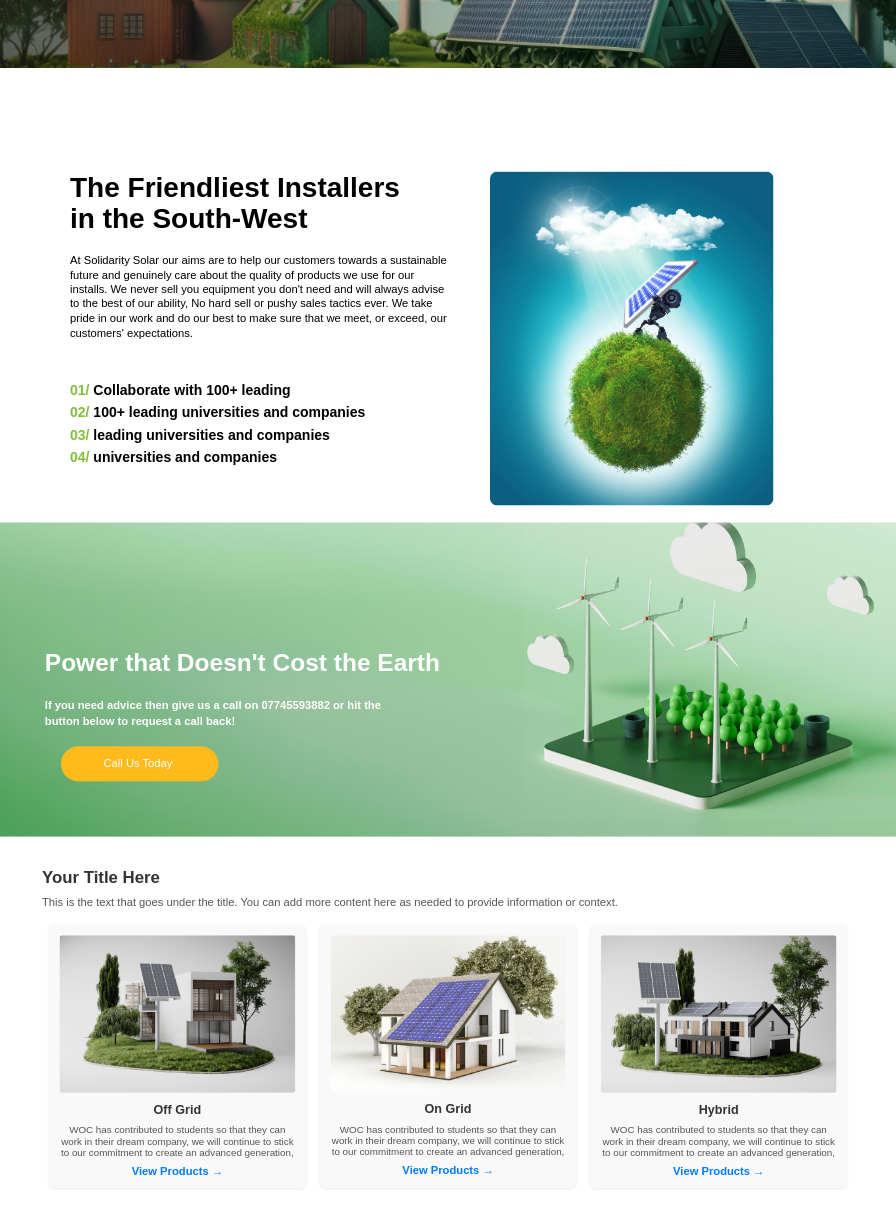
Repository: MaramNabil872/Landing-Page
Page: landingPage.html
An editor plug-in stored every save of this project. The page is shown before and after the next save, followed by the edit.
The browser window is 1280 px wide. The pictures show the part of the page from y = 683 to 2603 px (the page is 2420 px tall before and 2603 px after), at 70% of full size.

Above is the page before, as saved 2024-10-20 22:01:09.

### landingPage.html
<!DOCTYPE html>
<html lang="en">
    <head>
        <meta charset="UTF-8" />
        <meta name="viewport" content="width=device-width, initial-scale=1.0" />
        <title>Landing Page</title>
        <link rel="stylesheet" href="landingPage.css" />
    </head>
    <body>
        <nav class="navbar">
            <div class="logo">MyLogo</div>

            <ul class="nav-links">
                <li><a href="#home">Home</a></li>
                <li><a href="#about">About</a></li>
                <li><a href="#services">Services</a></li>
                <li><a href="#contact">Contact</a></li>
            </ul>
            <div class="call">
                <p>call us</p>
                <h3>+2 01017345</h3>
            </div>
        </nav>

        <div class="image-container">
            <img
                src="images/solar-panels-meadow 1.png"
                alt="Background Image"
                class="background-image"
            />
            <div class="main-text">
                <h2 class="text-wallpaper">
                    Solar Panel Installers <br />
                    In Plymouth
                </h2>
                <br />
                <p class="text-paragraph">
                    Fueled is an award-winning technology consultancy that
                    transforms <br />
                    businesses by generating ideas, building products, and
                    accelerating<br />
                    growth.
                </p>
                <div class="button-container">
                    <button class="button-wallpaper1">Call Us Today</button>
                    <button class="button-wallpaper2">
                        Requst a call back
                    </button>
                </div>
            </div>
        </div>

        <!-- first container -->

        <div class="container1">
            <div class="text-container1">
                <p class="title-container1">
                    The Friendliest Installers <br />in the South-West
                </p>
                <p class="paragraph-container1">
                    At Solidarity Solar our aims are to help our customers
                    towards a sustainable future and genuinely care about the
                    quality of products we use for our installs. We never sell
                    you equipment you don't need and will always advise to the
                    best of our ability, No hard sell or pushy sales tactics
                    ever. We take pride in our work and do our best to make sure
                    that we meet, or exceed, our customers' expectations.
                </p>
                <div class="last-container1">
                    <p>
                        <span class="number-container1">01/ </span>Collaborate
                        with 100+ leading
                    </p>
                    <p>
                        <span class="number-container1">02/ </span> 100+ leading
                        universities and companies
                    </p>
                    <p>
                        <span class="number-container1">03/ </span> leading
                        universities and companies
                    </p>
                    <p>
                        <span class="number-container1">04/ </span> universities
                        and companies
                    </p>
                </div>
            </div>
            <div class="image-container1">
                <img src="images/Rectangle 30.png" alt="solar" />
            </div>
        </div>

        <!-- second section -->

        <div class="section2">
            <img src="images/middle.png" alt="img" />
            <div class="main-text">
                <h2 class="section2-text">Power that Doesn't Cost the Earth</h2>
                <h6 class="section2-paragraph">
                    If you need advice then give us a call on 07745593882 or hit
                    the <br />
                    button below to request a call back!
                </h6>
                <button class="button-wallpaper2">Call Us Today</button>
            </div>
        </div>

        <!-- third section -->

        <div class="white-container">
            <h2 class="title">Your Title Here</h2>
            <p class="text">
                This is the text that goes under the title. You can add more
                content here as needed to provide information or context.
            </p>

            <div class="card-container">
                <div class="card">
                    <img src="images/1.png" alt="Image 2" class="card-image" />
                    <h3 class="card-title">Off Grid</h3>
                    <p class="card-text">
                        WOC has contributed to students so that they can work in
                        their dream company, we will continue to stick to our
                        commitment to create an advanced generation,
                    </p>
                    <a href="#" class="card-link">View Products →</a>
                </div>
                <div class="card">
                    <img
                        src="images/solar-panels-meadow 2 (1).png"
                        alt="Image 3"
                        class="card-image"
                    />
                    <h3 class="card-title">On Grid</h3>
                    <p class="card-text">
                        WOC has contributed to students so that they can work in
                        their dream company, we will continue to stick to our
                        commitment to create an advanced generation,
                    </p>
                    <a href="#" class="card-link">View Products →</a>
                </div>
                <div class="card">
                    <img
                        src="images/solar-panels-meadow 3.png"
                        alt="Image 1"
                        class="card-image"
                    />
                    <h3 class="card-title">Hybrid</h3>
                    <p class="card-text">
                        WOC has contributed to students so that they can work in
                        their dream company, we will continue to stick to our
                        commitment to create an advanced generation,
                    </p>
                    <a href="#" class="card-link">View Products →</a>
                </div>
            </div>
        </div>
    </body>
</html>

### landingPage.css
* {
    margin: 0;
    padding: 0;
    box-sizing: border-box; /* Added for consistent sizing */
}

body {
    font-family: Arial, sans-serif;
}
@media (max-width: 480px) {
    .text-overlay {
        font-size: 1.2rem; /* Even smaller text size for very small screens */
    }

    .call h3 {
        font-size: 1.2rem; /* Adjust call size for small screens */
    }
}
@media (max-width: 768px) {
    .navbar {
        flex-direction: column; /* Stack items vertically */
        align-items: flex-start; /* Align items to the left */
    }

    .nav-links {
        margin-top: 10px; /* Space between navbar and links */
    }

    .nav-links li {
        margin-left: 0;
        margin-bottom: 10px; /* Space between links */
    }

    .text-overlay {
        font-size: 1.5rem; /* Smaller text size for mobile */
    }
}


.navbar {
    background-color: #0b9586;
    display: flex;
    justify-content: space-between;
    align-items: center;
    padding: 10px 20px;
    position: relative;
    flex-wrap: wrap; /* Allow items to wrap on smaller screens */
}

.logo {
    color: #fff;
    font-size: 24px;
}

.nav-links {
    list-style: none;
    display: flex;
    flex-wrap: wrap; /* Allow links to wrap on smaller screens */
}

.nav-links li {
    margin-left: 20px;
}

.nav-links a {
    text-decoration: none;
    color: white;
    font-size: 18px;
    transition: color 0.3s;
}

.nav-links a:hover {
    color: #f0a500;
}

.call {
    color: #fff;
    text-align: right; /* Align text to the right */
}

.image-container {
    position: relative;
    width: 100%;
    height: 100vh;
    overflow: hidden;
}

.background-image {
    width: 100%;
    height: 100%;
    object-fit: cover;
}
.main-text{
    position: absolute;
    top: 40%;
    left:5%;
}
.text-wallpaper {


    color: white;
    font-size: 52px;
    font-weight: bold;
    text-shadow: 2px 2px 4px rgba(0, 0, 0, 0.5);
}
.text-paragraph{
    color: white;
    font-size:  20px;

}
.button-container{
    display: flex;
}
.button-wallpaper1 {
    background-color: #0b9586;
    color: white;
    border: none;
    border-radius: 20em;
    padding: 0.8em 1.5em 0.8em 1.2em;
    width: 40%;
    margin: 4%;
    height: 50px;
    font-size: 16px;
    cursor: pointer;
    align-items: center;

}
.button-wallpaper2 {
    background-color:  #FFBB1C;
    ;
    color: white;
    border: none;
    border-radius: 20em;
    padding: 0.8em 1.5em 0.8em 1.2em;
    width: 40%;
    margin: 4%;
    height: 50px;
    font-size: 16px;
    cursor: pointer;
    align-items: center;

}

.container1 {
    display: flex;
    background-color: white;
    padding-top: 10%;
    border-radius: 8px;
    max-width: 1200px;
    margin: 20px auto;


}
.title-container1{
    font-size: 40px;
    font-weight: bold;


}
.text-container1 {
   flex:1;
    padding-right:5%;
padding-left: 5%;}
.paragraph-container1{
    margin-top: 5%;
    line-height: 1.3;
}

.last-container1{
    font-size: 20px;
    font-weight: bold;
    padding-top: 10%;
    line-height: 1.6;
    .number-container1{
        color:#84BD3A;
        ;
    }
}
.image-container1 {
   flex:1
}

.image-container1 img {
    width: 75%;
    height: auto;
    border-radius: 8px;
}


.section2 {
    position: relative;
    width: 100%;
    overflow: hidden;
}

.section2 img {
    width: 100%;
    height: auto; }

.section2-text {
font-size: 35px;
    color: white;

}
.section2-paragraph{
    padding-top: 5%;
    line-height: 1.5;

    font-size: 16px;
    color: white;
}

/* third section */
.white-container {
    background-color: white;
    padding: 20px;
    max-width: 1200px; /* Maximum width of the container */
    margin: 20px auto; /* Center the container */
}

.title {
    margin: 0 0 10px; /* No margin above, 10px below the title */
    font-size: 24px; /* Font size for the title */
    color: #333; /* Color of the title text */
}

.text {
    margin: 0 0 20px; /* Margin below the text */
    font-size: 16px; /* Font size for the paragraph */
    color: #555; /* Color of the paragraph text */
    line-height: 1.5; /* Line height for better readability */
}

.card-container {
    display: flex; /* Use Flexbox to align cards in a row */
    justify-content: space-between; /* Space between cards */
    margin-top: 20px; /* Space above the card container */
}

.card {
    background-color: #f9f9f9; /* Light background for each card */
    border-radius: 8px; /* Rounded corners for cards */
    box-shadow: 0 1px 4px rgba(0, 0, 0, 0.1); /* Subtle shadow for cards */
    padding: 15px; /* Padding inside the cards */
    text-align: center; /* Center the text in the cards */
    flex: 1; /* Allow cards to grow equally */
    margin: 0 10px; /* Margin between cards */
}

.card-image {
    width: 100%; /* Make the image take full width of the card */
    height: auto; /* Maintain aspect ratio */
    border-radius: 4px; /* Rounded corners for the image */
}

.card-title {
    font-size: 18px; /* Font size for card titles */
    color: #333; /* Color of card title text */
    margin: 10px 0; /* Margin above and below card title */
}

.card-text {
    font-size: 14px; /* Font size for card text */
    color: #555; /* Color of card text */
    margin: 10px 0; /* Margin above and below card text */
}

.card-link {
    text-decoration: none; /* Remove underline from link */
    color: #007bff; /* Link color */
    font-weight: bold; /* Bold link text */
}

.card-link:hover {
    text-decoration: underline; /* Underline link on hover */
}

After the next save:
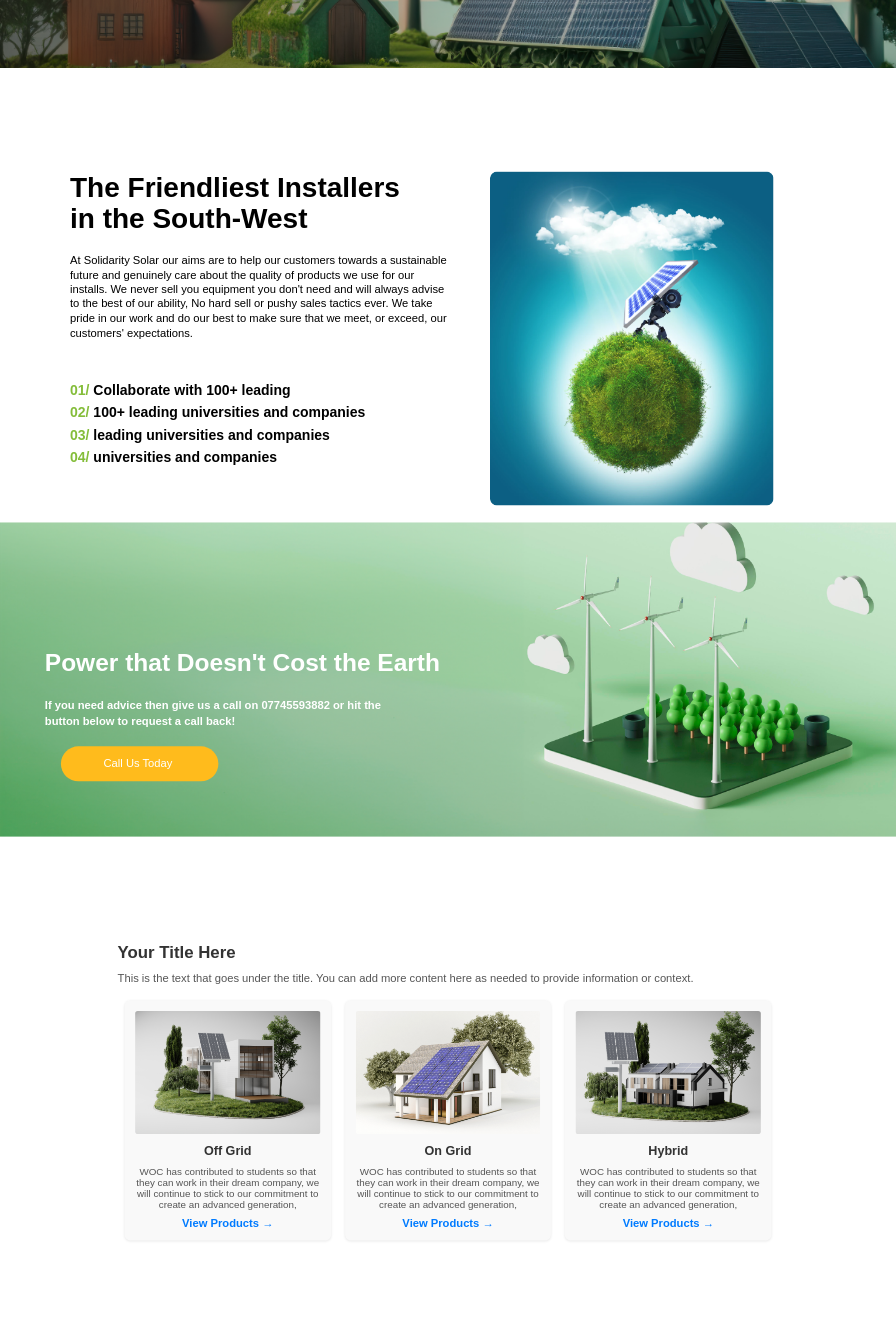
Saved 7 s later.
--- a/landingPage.css
+++ b/landingPage.css
@@ -213,7 +213,7 @@ font-size: 35px;
 /* third section */
 .white-container {
     background-color: white;
-    padding: 20px;
+    padding: 10%;
     max-width: 1200px; /* Maximum width of the container */
     margin: 20px auto; /* Center the container */
 }
